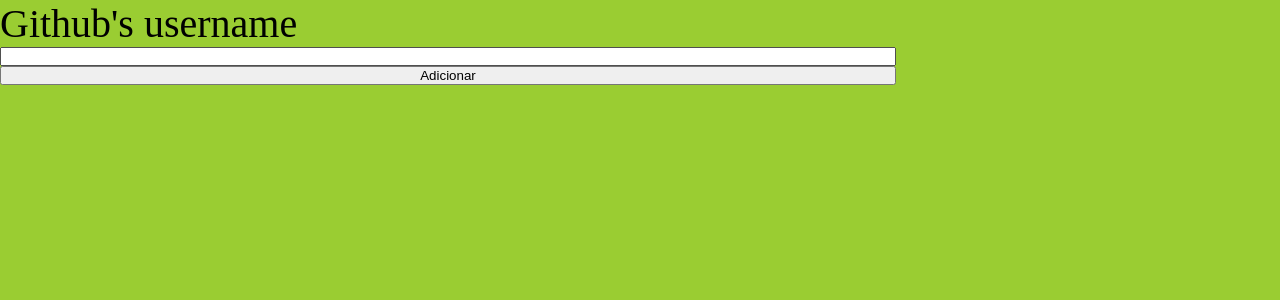
Repository: Orifiel/teste
Page: desafioMod4/desafioJavascritpt0402.html
An editor plug-in stored every save of this project. The page is shown before and after the next save, followed by the edit.
The browser window is 1280 px wide. The pictures show the whole page.
Some web fonts or font styles are not loaded; a fallback is used.

Above is the page before, as saved 2020-08-24 11:46:36.

### desafioMod4/desafioJavascritpt0402.html
<!DOCTYPE html>
<html lang="en">
<head>
    <meta charset="UTF-8">
    <meta name="viewport" content="width=device-width, initial-scale=1.0">
    <title>Document</title>
</head>
<style>
    *{
        padding: 0;
        margin: 0;
        box-sizing: border-box;
    }
    body{
        background: yellowgreen;
    }
   .container {
        display: flex;
        flex-direction: column;
        width: 70vw;
        height: 90vh;
    }
    label{
        font-size: 2.5rem;
    }


</style>
<body>
    <div class="container">
        <label for="username">Github's username</label>
        <input type="text" name="username" id="username">
        <button onclick=''>Adicionar</button>
    </div>
 <script src="./desafioJavascritpt0402.js"></script>
</body>
</html>

### desafioMod4/desafioJavascritpt0402.js
/**
 * 2º exercício
Crie uma tela com um <input> que deve receber o nome de um usuário no Github. Após digitar o
nome do usuário e clicar no botão buscar a aplicação deve buscar pela API do Github (conforme
URL abaixo) os dados de repositórios do usuário e mostrá-los em tela:
URL de exemplo: https://api.github.com/users/diego3g/repos
Basta alterar "diego3g" pelo nome do usuário.
<input type="text" name="user">
<button onclick="">Adicionar</button>
Depois de preencher o input e adicionar, a seguinte lista deve aparecer abaixo:
<ul>
 <li>repo1</li>
 <li>repo2</li>
 <li>repo3</li>
 <li>repo4</li>
 <li>repo5</li>
</ul>

 */

After the next save:
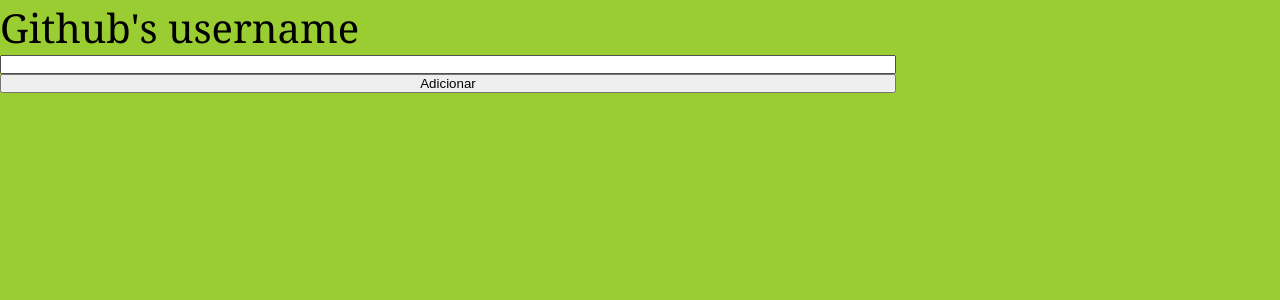
Saved 19 s later.
--- a/desafioMod4/desafioJavascritpt0402.html
+++ b/desafioMod4/desafioJavascritpt0402.html
@@ -22,6 +22,7 @@
     }
     label{
         font-size: 2.5rem;
+        font-family: Cambria, Cochin, Georgia, Times, 'Times New Roman', serif;
     }
 
 

After the save that followed:
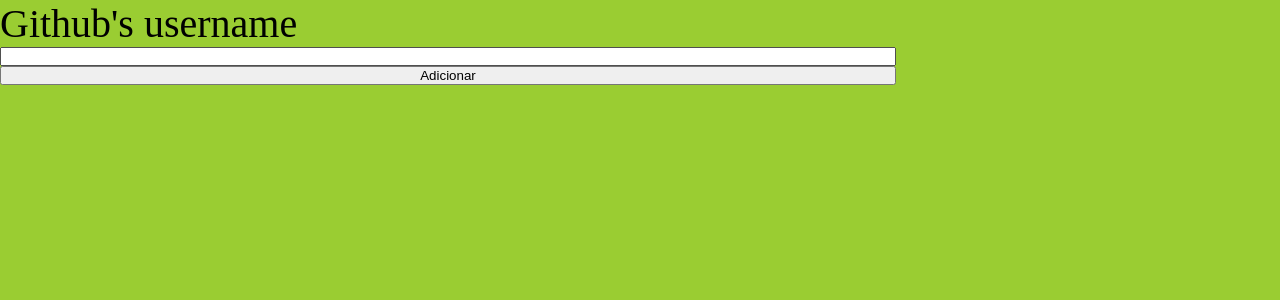
Saved 66 s later.
--- a/desafioMod4/desafioJavascritpt0402.html
+++ b/desafioMod4/desafioJavascritpt0402.html
@@ -6,6 +6,7 @@
     <title>Document</title>
 </head>
 <style>
+    @import url('https://fonts.googleapis.com/css2?family=Do+Hyeon&display=swap');
     *{
         padding: 0;
         margin: 0;
@@ -22,7 +23,7 @@
     }
     label{
         font-size: 2.5rem;
-        font-family: Cambria, Cochin, Georgia, Times, 'Times New Roman', serif;
+        font-family: ;
     }
 
 
